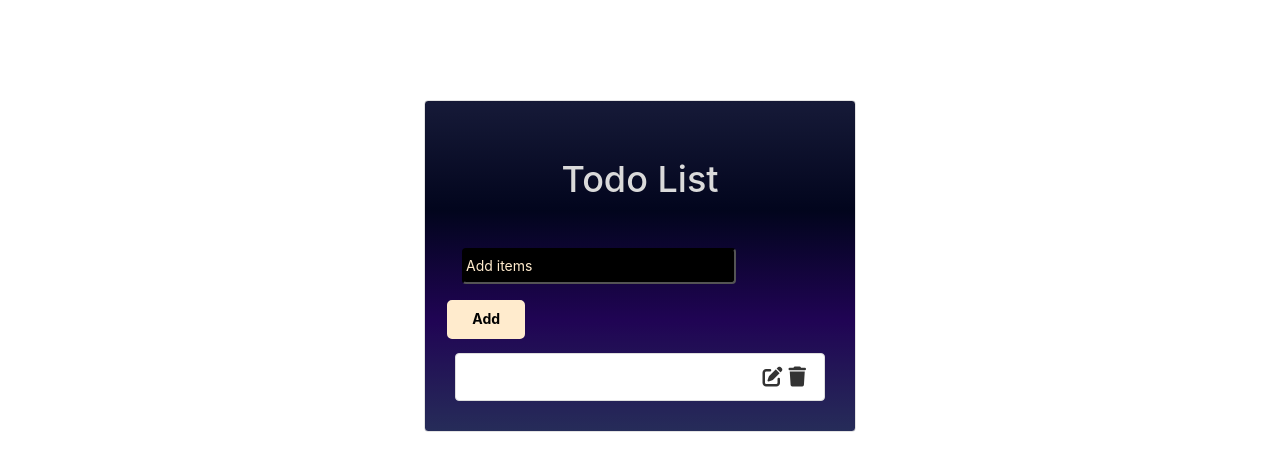
Repository: arpana23/Todo-list
Page: /, after clicking the first element matching `button.btn`
An editor plug-in stored every save of this project. The page is shown before and after the next save, followed by the edit.
The browser window is 1280 px wide. The pictures show the whole page.
Some web libraries are served in a nearby version. The project was rebuilt for these pictures with package versions that can differ from the ones it lists, and the page was loaded fresh each time.

Above is the page before, as saved 2021-04-15 18:06:19.

After the next save:
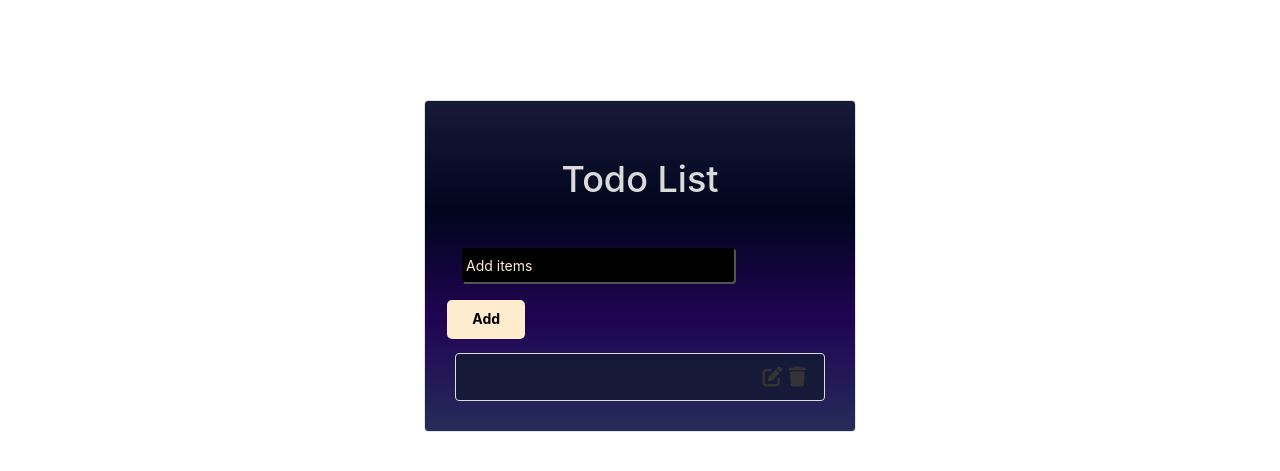
Saved 66 s later.
--- a/src/App.css
+++ b/src/App.css
@@ -79,6 +79,7 @@
 
 .list-group-item {
   word-wrap: break-word;
+  background-color: rgb(22, 26, 56);
 }
 
 .my-text {
